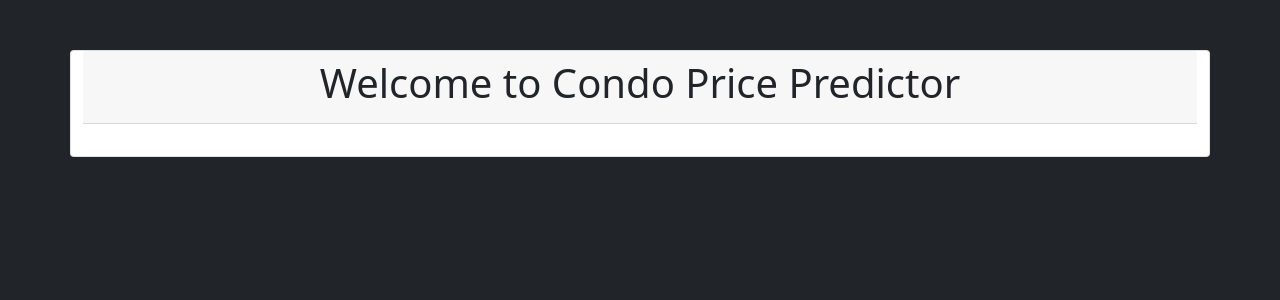
Repository: myothida/condoprice_CNX
Page: http://localhost/
These files come from the project's save history. The page is drawn as it stood at one moment and after the next save; the edit follows.
The browser window is 1280 px wide. The pictures show the whole page.
The page is served by the project's application, run on Flask 3 (main.py).

Above is the page before, as saved 2023-09-26 21:42:10.

After the next save:
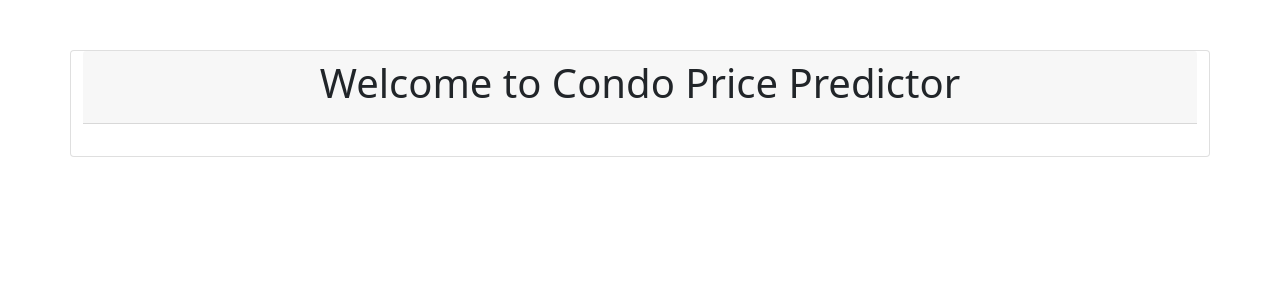
Saved 14 s later.
--- a/templates/index.html
+++ b/templates/index.html
@@ -15,7 +15,7 @@
 
     <title>Condo Price Predictor</title>
   </head>
-  <body class="bg-dark">
+  <body class="bg-gray">
     <div class="container">
       <div class="row">
         <div class="card" style="width: 100%; height: 100%; margin-top: 50px">

After the 2 saves that followed:
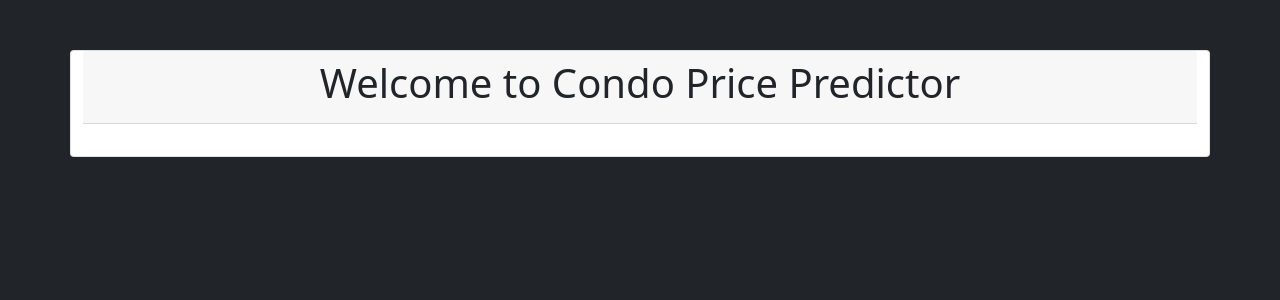
The 2 saves are shown as one change because 1 left the picture as it was.
The last was saved 13 s later.
--- a/templates/index.html
+++ b/templates/index.html
@@ -15,7 +15,7 @@
 
     <title>Condo Price Predictor</title>
   </head>
-  <body class="bg-gray">
+  <body class="bg-dark">
     <div class="container">
       <div class="row">
         <div class="card" style="width: 100%; height: 100%; margin-top: 50px">
